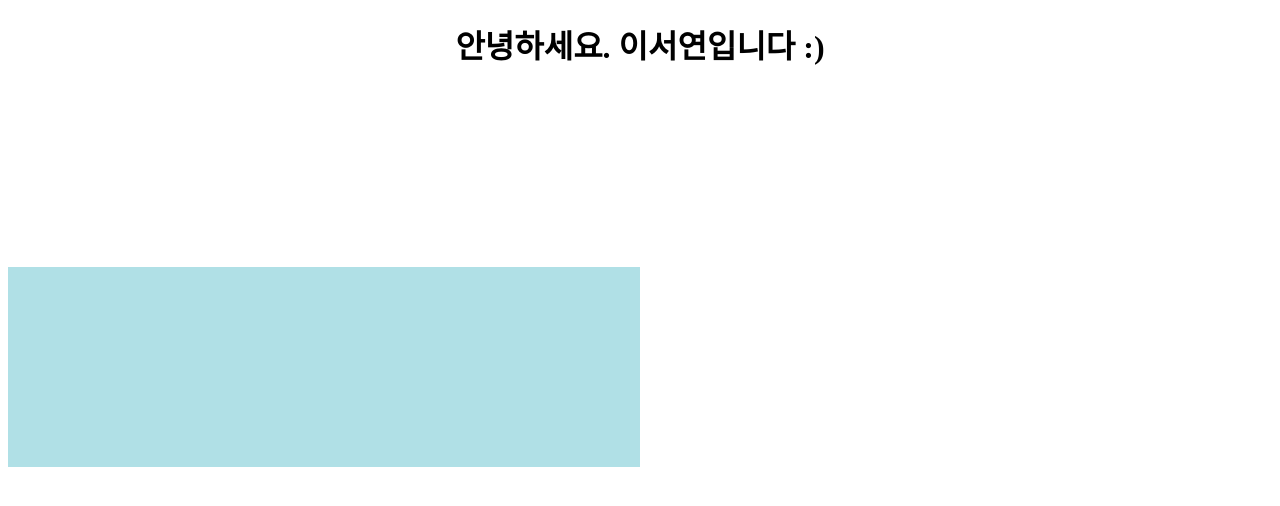
Repository: seoyeon0619/WebProgramming
Page: http://localhost/myhome1/자기소개.jsp
The author's editor kept a copy of each file at every save. The page is drawn from the files as they stood at one save, then again after the next save.
The browser window is 1280 px wide. The pictures show the whole page.
Some web fonts or font styles are not loaded; a fallback is used. The page is served by Tomcat 9.

Above is the page before, as saved 2022-12-29 08:18:51.

After the next save:
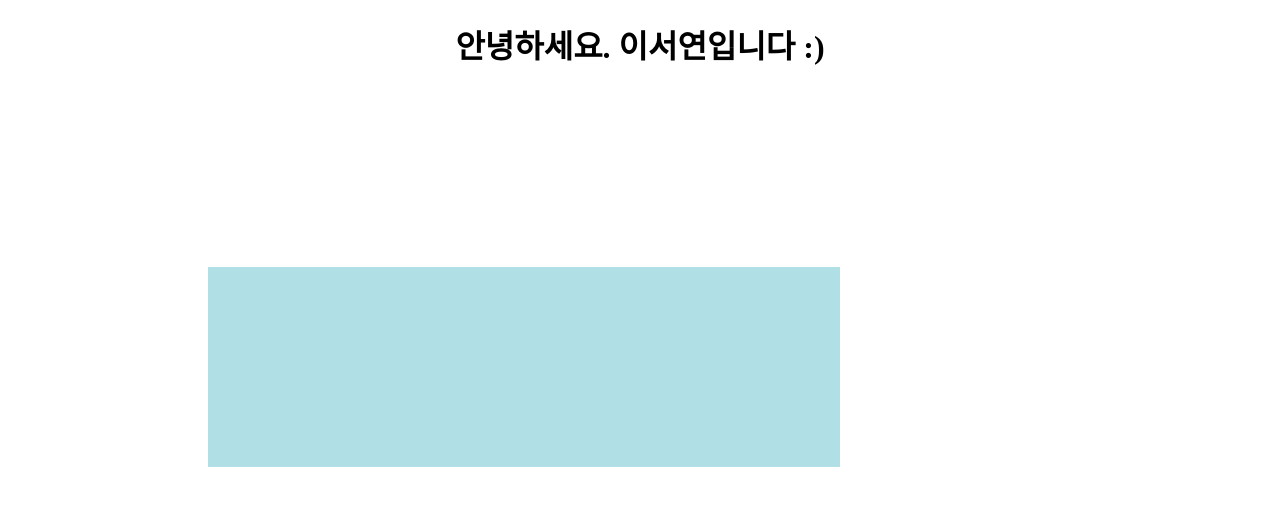
Saved 47 s later.
--- a/workspace1/myhome1/src/main/webapp/자기소개.jsp
+++ b/workspace1/myhome1/src/main/webapp/자기소개.jsp
@@ -18,8 +18,10 @@
         body {
         text-align : center;
         }
+
         div {
         margin-top : 200px;
+        margin-left : 200px;
         height: 200px;
   		width: 50%;
   		background-color: powderblue;
